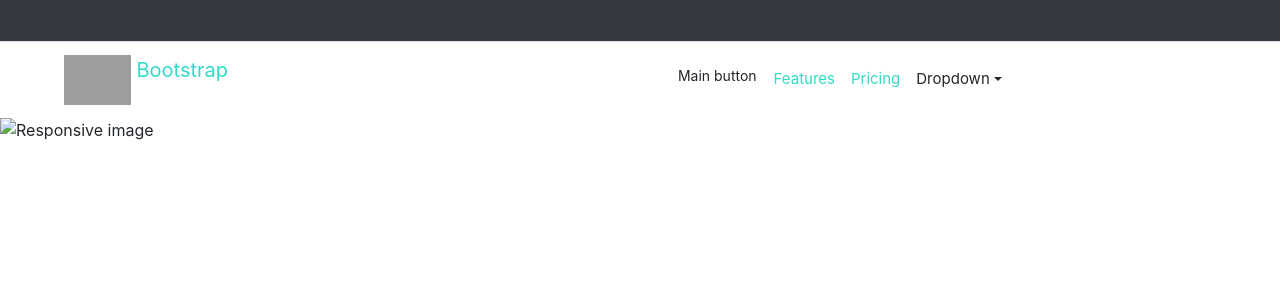
Repository: Alaa-OmarAlshobaki/portfolio
Page: index.html
These files come from the project's save history. The page is drawn as it stood at one moment and after the next save; the edit follows.
The browser window is 1280 px wide. The pictures show the whole page.
Pictures or frames that could not be fetched are drawn as grey boxes. Some web fonts or font styles are not loaded; a fallback is used.

Above is the page before, as saved 2020-03-12 00:17:29.

After the next save:
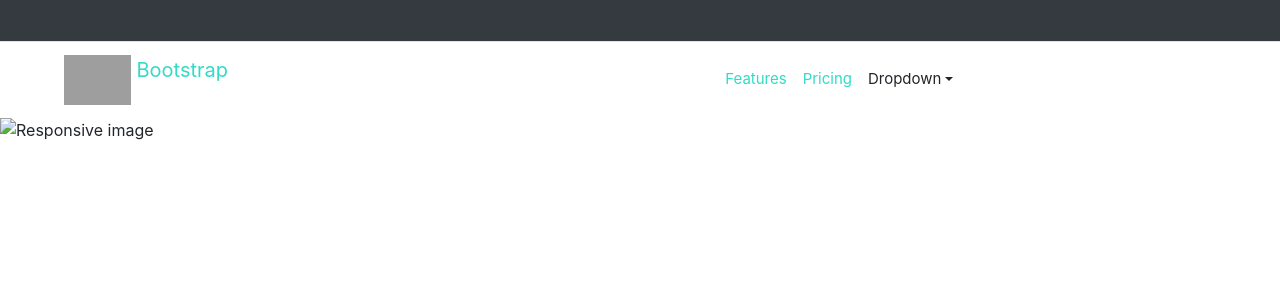
Saved 80 s later.
--- a/index.html
+++ b/index.html
@@ -71,7 +71,7 @@
         <ul class="navbar-nav">
 
           <li class="nav-item">
-            <button class="btn btn-outline-white btn-sm" type="button">Main button</button>
+
           </li>
 
           <li class="nav-item">
